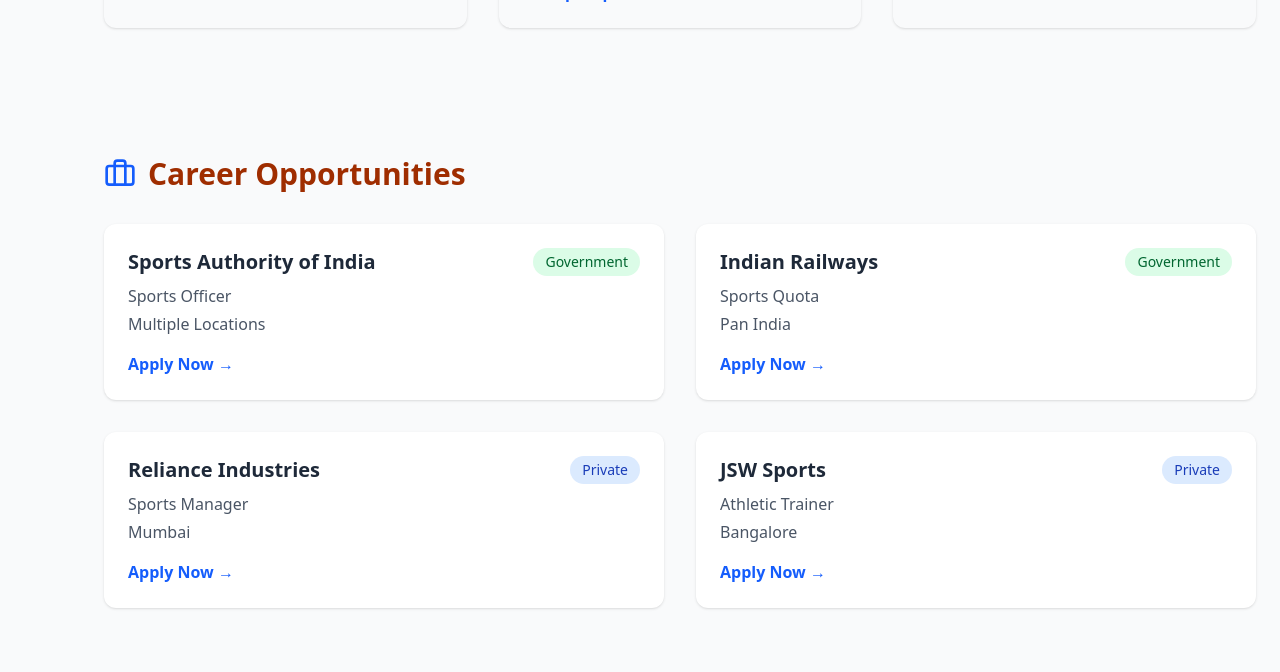
Repository: Shovon0004/Athlete
Page: / (app in Athlete/)
These files come from the project's save history. The page is drawn as it stood at one moment and after the next save; the edit follows.
The browser window is 1280 px wide. The pictures show the part of the page from y = 876 to 1828 px (the page is 1548 px tall before and 1828 px after).
The project was rebuilt for these pictures with package versions that can differ from the ones it lists, and the page was loaded fresh each time. Also part of the build but not shown: Athlete/vite.config.js.

Above is the page before, as saved 2025-01-26 11:16:34.

### Athlete/src/App.jsx
import { useState } from 'react'
import SideNavbar from './components/SideNavbar'
import HeroPage from './components/HeroPage'

import './App.css'

function App() {


  return (
    <>
      <SideNavbar />
      <HeroPage />
    </>
  )
}

export default App

### Athlete/src/components/SideNavbar.jsx
import React, { useState } from 'react';
import {
  Home,
  User,
  BarChart2,
  Shield,
  DollarSign,
  Menu
} from 'lucide-react';

const SideNavbar = () => {
  const [isExpanded, setIsExpanded] = useState(false);

  const navItems = [
    { icon: Home, label: 'Dashboard', href: '/' },
    { icon: User, label: 'Athletes', href: '/athletes' },
    { icon: BarChart2, label: 'Performance', href: '/performance' },
    { icon: Shield, label: 'Injuries', href: '/injuries' },
    { icon: DollarSign, label: 'Financial', href: '/financial' }
  ];

  return (
    <div
      className={`h-screen bg-gray-900 text-white transition-all duration-300
        ${isExpanded ? 'w-64' : 'w-20'} fixed left-0 top-0 z-50`}
    >
      <div className="flex flex-col h-full">
        {/* Logo & Toggle */}
        <div className="flex items-center justify-between p-4  border-orange-700">
          {isExpanded && (
            <div className="text-xl font-bold">Athlete Hub</div>
          )}
          <button
            onClick={() => setIsExpanded(!isExpanded)}
            className="hover:bg-orange-700 p-2 rounded"
          >
            <Menu />
          </button>
        </div>

        {/* Navigation Items */}
        <nav className="flex-grow mt-4">
          <ul className="space-y-2">
            {navItems.map((item, index) => (
              <li key={index}>
                <a
                  href={item.href}
                  className={`flex items-center p-3 hover:bg-orange-700
                    ${isExpanded ? 'justify-start px-6' : 'justify-center'}`}
                >
                  <item.icon className="mr-4" />
                  {isExpanded && <span>{item.label}</span>}
                </a>
              </li>
            ))}
          </ul>
        </nav>
      </div>
    </div>
  );
};

export default SideNavbar;

### Athlete/src/components/HeroPage.jsx
import React from 'react';
import { ChevronLeft, ChevronRight, Medal, Calendar, Briefcase } from 'lucide-react';

const schemes = [
  {
    title: "Khelo India Youth Games",
    description: "Supporting young athletes with annual scholarships of ₹5 lakhs",
    image: "https://images.unsplash.com/photo-1461896836934-ffe607ba8211?auto=format&fit=crop&q=80&w=2070"
  },
  {
    title: "Target Olympic Podium Scheme (TOPS)",
    description: "Elite athlete support program for Olympic preparation",
    image: "https://www.manoramayearbook.in/content/dam/yearbook/learn/world/images/2020/mar/Olympics-2021.jpg"
  },
  {
    title: "National Sports Development Fund",
    description: "Financial assistance for sports infrastructure and training",
    image: "https://images.unsplash.com/photo-1517649763962-0c623066013b?auto=format&fit=crop&q=80&w=2070"
  }
];

const upcomingMatches = [
  {
    event: "ICC T20 World Cup 2024",
    location: "West Indies & USA",
    date: "June 1-29, 2024",
    teams: "India vs Australia"
  },
  {
    event: "Asian Games 2024",
    location: "Aichi-Nagoya, Japan",
    date: "September 2024",
    teams: "Multiple Sports"
  },
  {
    event: "Paris Olympics 2024",
    location: "Paris, France",
    date: "July 26 - August 11, 2024",
    teams: "Global Event"
  }
];

const jobOpportunities = [
  {
    company: "Sports Authority of India",
    position: "Sports Officer",
    type: "Government",
    location: "Multiple Locations"
  },
  {
    company: "Indian Railways",
    position: "Sports Quota",
    type: "Government",
    location: "Pan India"
  },
  {
    company: "Reliance Industries",
    position: "Sports Manager",
    type: "Private",
    location: "Mumbai"
  },
  {
    company: "JSW Sports",
    position: "Athletic Trainer",
    type: "Private",
    location: "Bangalore"
  }
];

function HeroPage() {
  const [currentScheme, setCurrentScheme] = React.useState(0);

  const nextScheme = () => {
    setCurrentScheme((prev) => (prev + 1) % schemes.length);
  };

  const prevScheme = () => {
    setCurrentScheme((prev) => (prev - 1 + schemes.length) % schemes.length);
  };

  return (
    <div className="min-h-screen bg-gray-50 pl-20 dark:bg-gray-900">
      {/* Hero Section with Schemes Slider */}
      <div className="relative h-[600px] overflow-hidden">
        <div
          className="absolute inset-0 transition-transform duration-500 ease-in-out"
          style={{
            backgroundImage: `url(${schemes[currentScheme].image})`,
            backgroundSize: 'cover',
            backgroundPosition: 'center',
          }}
        >
          <div className="absolute inset-0  bg-opacity-50">
            <div className="container mx-auto px-6 h-full flex items-center">
              <div className="text-white max-w-3xl">
                <h1 className="text-5xl font-bold mb-4">{schemes[currentScheme].title}</h1>
                <p className="text-xl mb-8">{schemes[currentScheme].description}</p>
                <button className="bg-orange-700 hover:bg-orange-800 text-white px-8 py-3 rounded-lg font-semibold">
                  Learn More
                </button>
              </div>
            </div>
          </div>
        </div>
        <button
          onClick={prevScheme}
          className="absolute left-4 top-1/2 -translate-y-1/2 bg-white/30 p-2 rounded-full hover:bg-white/50 transition-colors"
        >
          <ChevronLeft className="w-6 h-6 text-white" />
        </button>
        <button
          onClick={nextScheme}
          className="absolute right-4 top-1/2 -translate-y-1/2 bg-white/30 p-2 rounded-full hover:bg-white/50 transition-colors"
        >
          <ChevronRight className="w-6 h-6 text-white" />
        </button>
      </div>

      {/* Upcoming Matches Section */}
      <section className="py-16 ">
        <div className="container mx-auto px-6">
          <div className="flex items-center mb-8">
            <Calendar className="w-8 h-8 text-blue-600 mr-3" />
            <h2 className="text-3xl font-bold text-orange-800">Upcoming Matches</h2>
          </div>
          <div className="grid md:grid-cols-3 gap-8">
            {upcomingMatches.map((match, index) => (
              <div key={index} className="bg-gray-50 rounded-xl p-6 shadow-sm hover:shadow-md transition-shadow">
                <h3 className="text-xl font-semibold text-gray-800 mb-2">{match.event}</h3>
                <p className="text-gray-600 mb-1">{match.location}</p>
                <p className="text-gray-600 mb-3">{match.date}</p>
                <p className="text-blue-600 font-semibold">{match.teams}</p>
              </div>
            ))}
          </div>
        </div>
      </section>

      {/* Career Opportunities Section */}
      <section className="py-16 bg-gray-50 dark:bg-gray-900">
        <div className="container mx-auto px-6 ">
          <div className="flex items-center mb-8 ">
            <Briefcase className="w-8 h-8 text-blue-600 mr-3" />
            <h2 className="text-3xl font-bold text-orange-800">Career Opportunities</h2>
          </div>
          <div className="grid md:grid-cols-2 gap-8 ">
            {jobOpportunities.map((job, index) => (
              <div key={index} className="bg-white rounded-xl p-6 shadow-sm hover:shadow-md transition-shadow">
                <div className="flex justify-between items-start">
                  <div>
                    <h3 className="text-xl font-semibold text-gray-800 mb-2">{job.company}</h3>
                    <p className="text-gray-600 mb-1">{job.position}</p>
                    <p className="text-gray-600">{job.location}</p>
                  </div>
                  <span className={`px-3 py-1 rounded-full text-sm font-medium ${
                    job.type === 'Government' ? 'bg-green-100 text-green-800' : 'bg-blue-100 text-blue-800'
                  }`}>
                    {job.type}
                  </span>
                </div>
                <button className="mt-4 text-blue-600 font-semibold hover:text-blue-700">
                  Apply Now →
                </button>
              </div>
            ))}
          </div>
        </div>
      </section>
    </div>
  );
}

export default HeroPage;

Loaded but not shown: Athlete/index.html (common file); Athlete/src/main.jsx (common file); Athlete/src/index.css (common file); Athlete/src/App.css (common file)

After the next save:
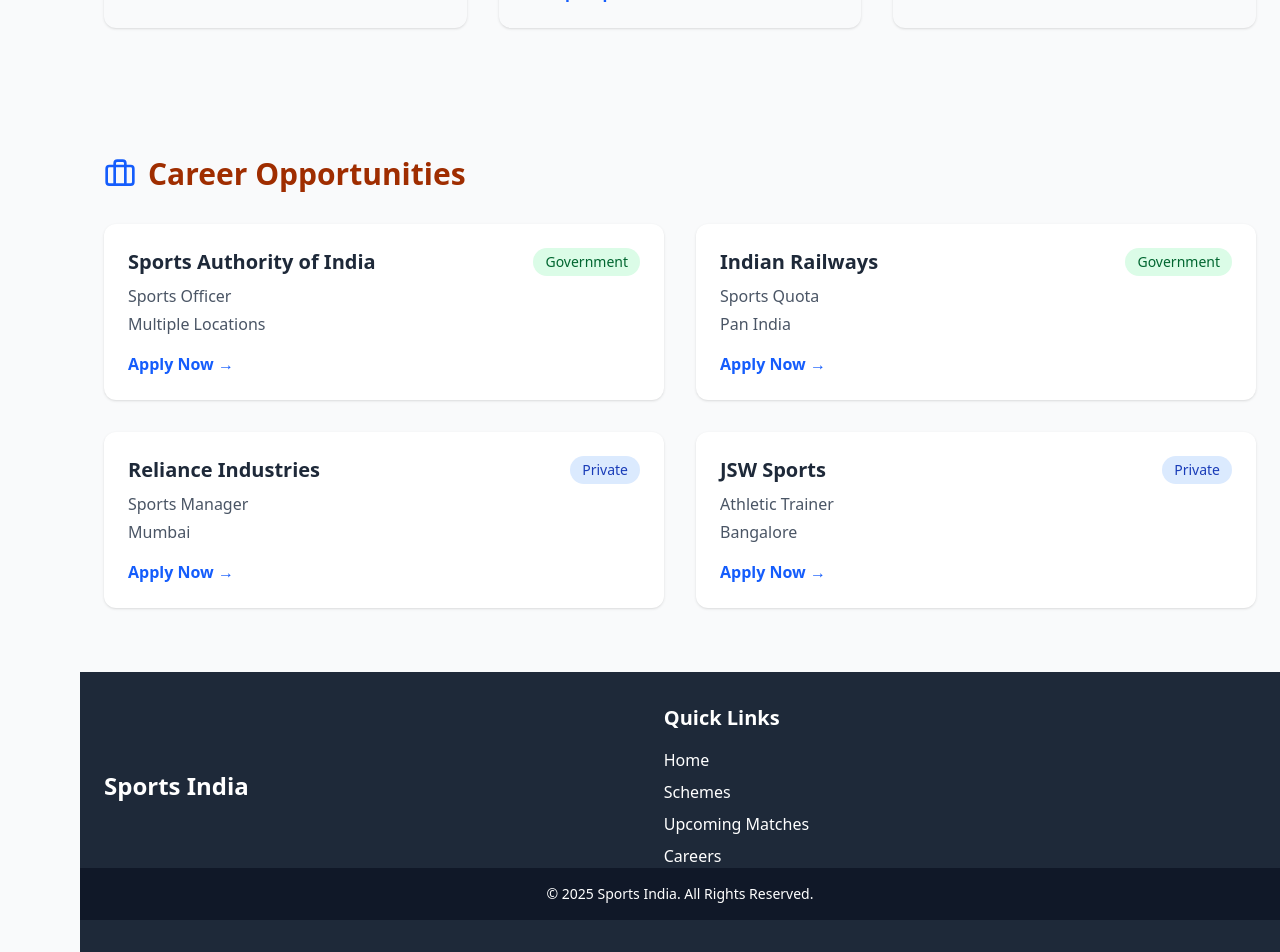
Saved 3 min 38 s later.
--- a/Athlete/src/components/HeroPage.jsx
+++ b/Athlete/src/components/HeroPage.jsx
@@ -166,6 +166,43 @@
           </div>
         </div>
       </section>
+      <footer className="bg-gray-800 text-white py-8">
+      <div className="container mx-auto px-6 flex flex-col md:flex-row justify-between items-center">
+        {/* Logo and Branding */}
+        <div className="mb-6 md:mb-0">
+          <h1 className="text-2xl font-bold">Sports India</h1>
+        </div>
+
+        {/* Quick Links */}
+        <div className="mb-6 md:mb-0">
+          <h3 className="text-xl font-semibold mb-4">Quick Links</h3>
+          <ul className="space-y-2">
+            <li><a href="#home" className="hover:text-blue-400">Home</a></li>
+            <li><a href="#schemes" className="hover:text-blue-400">Schemes</a></li>
+            <li><a href="#matches" className="hover:text-blue-400">Upcoming Matches</a></li>
+            <li><a href="#careers" className="hover:text-blue-400">Careers</a></li>
+          </ul>
+        </div>
+
+        {/* Social Media Links */}
+        <div className="flex space-x-4">
+          <a href="https://facebook.com" target="_blank" rel="noopener noreferrer">
+            <i className="fab fa-facebook-f text-2xl hover:text-blue-600"></i>
+          </a>
+          <a href="https://twitter.com" target="_blank" rel="noopener noreferrer">
+            <i className="fab fa-twitter text-2xl hover:text-blue-400"></i>
+          </a>
+          <a href="https://instagram.com" target="_blank" rel="noopener noreferrer">
+            <i className="fab fa-instagram text-2xl hover:text-pink-400"></i>
+          </a>
+        </div>
+      </div>
+
+      {/* Footer Bottom */}
+      <div className="bg-gray-900 text-center py-4">
+        <p className="text-sm">© 2025 Sports India. All Rights Reserved.</p>
+      </div>
+    </footer>
     </div>
   );
 }
